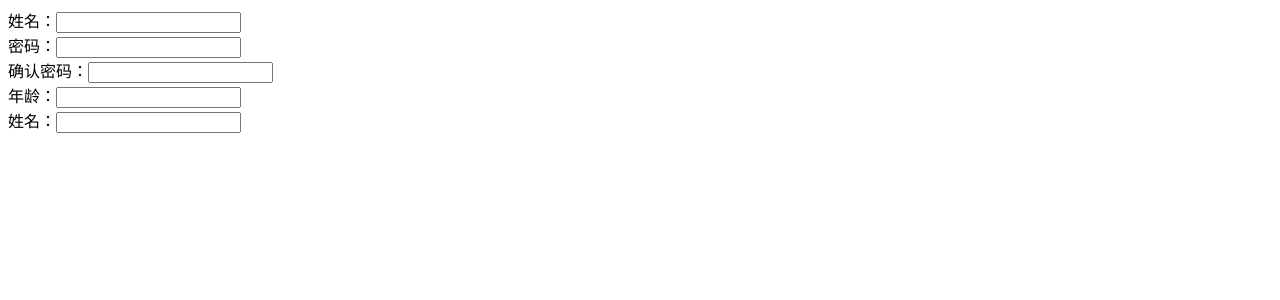
Repository: honglei92/javaweb_EE
Page: StrutsValidate/WebContent/index.html
These files come from the project's save history. The page is drawn as it stood at one moment and after a run of saves; the edit follows.
The browser window is 1280 px wide. The pictures show the whole page.

Above is the page before, as saved 2014-07-20 16:03:19.

### StrutsValidate/WebContent/index.html
<!DOCTYPE html PUBLIC "-//W3C//DTD HTML 4.01 Transitional//EN" "http://www.w3.org/TR/html4/loose.dtd">
<html>
<head>
<meta http-equiv="Content-Type" content="text/html; charset=UTF-8">
<title>注册页面</title>
</head>
<body>
<form action="regist" method="post">
姓名：<input name="username"><br>
密码：<input name="username"><br>
确认密码：<input name="username"><br>
年龄：<input name="username"><br>
姓名：<input name="username"><br>
</form>
</body>
</html>

After the next 2 saves:
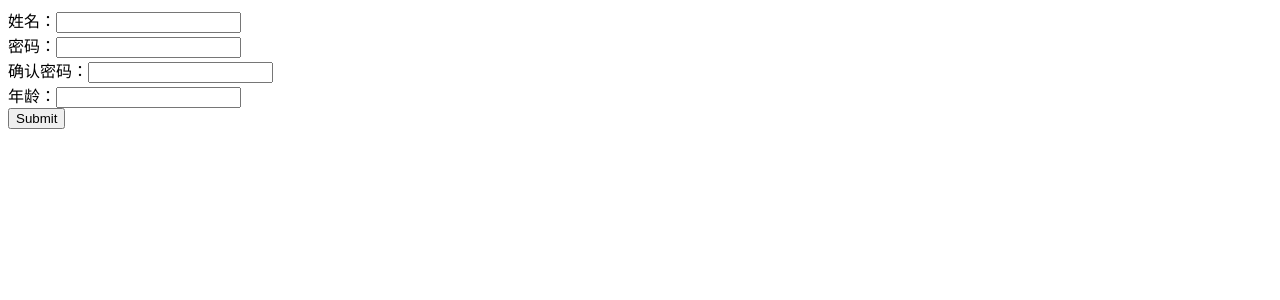
The 2 saves are shown as one change because they came seconds apart.
The last was saved 31 s later.
--- a/StrutsValidate/WebContent/index.html
+++ b/StrutsValidate/WebContent/index.html
@@ -10,7 +10,7 @@
 密码：<input name="username"><br>
 确认密码：<input name="username"><br>
 年龄：<input name="username"><br>
-姓名：<input name="username"><br>
+<input type="submit" name="username">
 </form>
 </body>
 </html>
